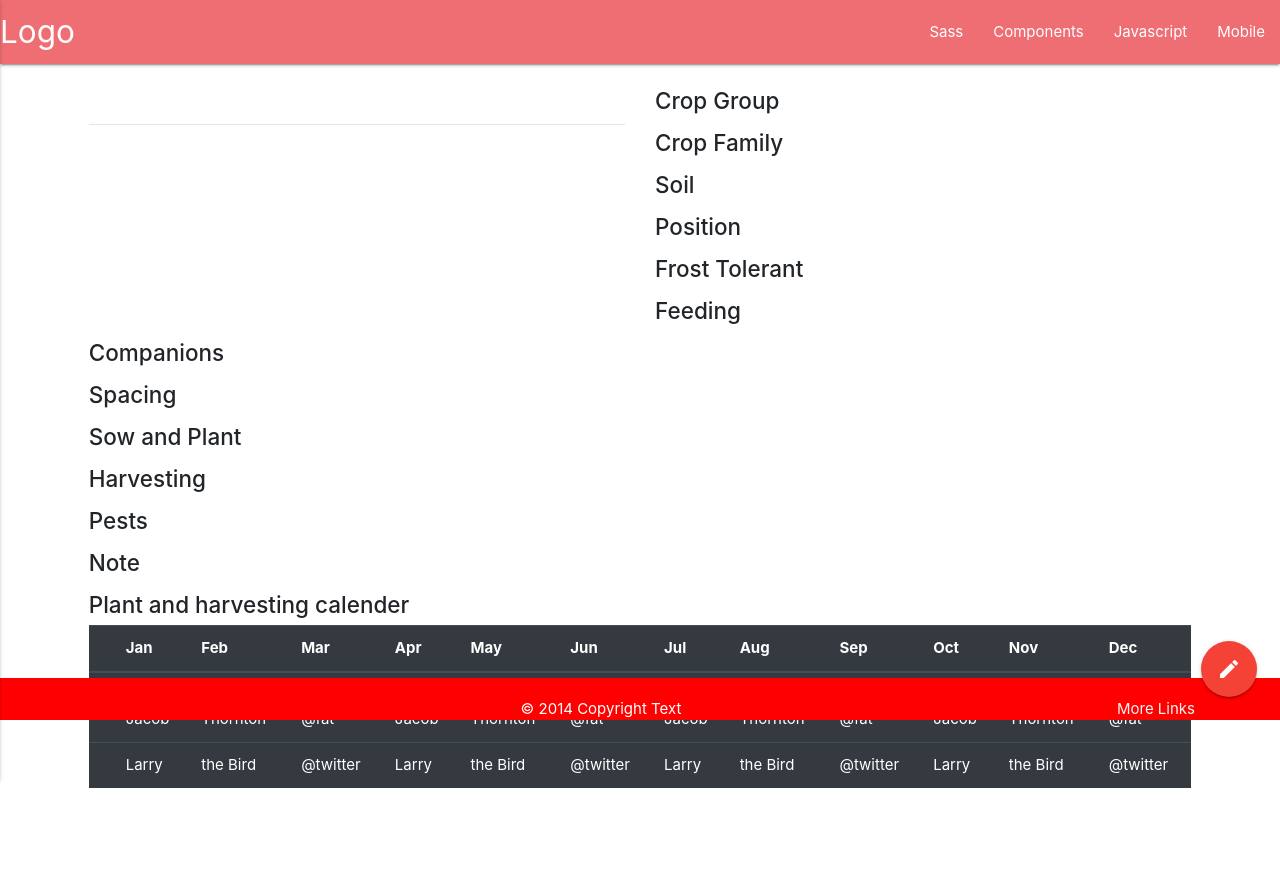
Repository: Lemoenskil/Milestone_project_3_Garden_planner
Page: templates/view_plant.html
The author's editor kept a record of every edit. The page is drawn from the files as they stood at one moment, then again after the next edit.
The browser window is 1280 px wide. The pictures show the whole page.
Some web libraries are served in a nearby version. The page is served by the project's application, run on Flask 3 (app.py). The template is opened directly, without the code that normally fills it, so the values that code supplies are empty.

Above is the page before.
Console error: TypeError: $(...).floatingActionButton is not a function

### templates/view_plant.html
{% extends "base.html" %}

{% block content %}
    <h1>{{plant.plant_name }}</h1>

    <div class="row pt-3">
        <div class="col-lg-6">
            <img class="card-img-top border-right" src="{{plant.picture_link}}" alt="">
            <hr>

        </div>

        <div class="col-lg-6">
            <h4>Crop Group</h4>
            <p></p>{{plant.crop_group}}</p>
            <h4>Crop Family</h4>
            <p>{{plant.crop_family}}</p>
            <h4>Soil</h4>
            <p>{{plant.soil}}</p>
            <h4>Position</h4>
            <p>{{plant.position}}</p>
            <h4>Frost Tolerant</h4>
            <p>{{plant.frost_tolerant}}</p>
            <h4>Feeding</h4>
            <p>{{plant.feeding}}</p>
        </div>


        <div class="col-lg-12 card-sm">
            <h4>Companions</h4>
            <p>{{plant.companions}}</p>
            <h4>Spacing</h4>
            <p>{{plant.spacing}}</p>
            <h4>Sow and Plant</h4>
            <p>{{plant.Sow_and_Plant}}</p>
            <h4>Harvesting</h4>
            <p>{{plant.Harvesting}}</p>
            <h4>Pests</h4>
            <p>{{plant.Pests}}</p>
            <h4>Note</h4>
            <p>{{plant.Note}}</p>

            <table class="table table-dark ">
                <h4> Plant and harvesting calender</h4>
                <thead>
                    <tr>
                        <th scope="col"></th>
                        <th scope="col">Jan</th>
                        <th scope="col">Feb</th>
                        <th scope="col">Mar</th>
                        <th scope="col">Apr</th>
                        <th scope="col">May</th>
                        <th scope="col">Jun</th>
                        <th scope="col">Jul</th>
                        <th scope="col">Aug</th>
                        <th scope="col">Sep</th>
                        <th scope="col">Oct</th>
                        <th scope="col">Nov</th>
                        <th scope="col">Dec</th>
                    </tr>
                </thead>
                <tbody>
                    <tr>
                        <th scope="row">{{plant.description_cal_outside}}</th>
                        {% for month in range(1, 13) %}
                            {% if month in plant.value_sowing_under_glass %}
                                <td class = "outside-seeding"></td>
                            {% else %}
                                <td></td>
                            {% endif %}
                        {% endfor %}
                    </tr>
                    <tr>
                        <th scope="row">{{plant.description_cal_harvest}}</th>
                        <td>Jacob</td>
                        <td>Thornton</td>
                        <td>@fat</td>
                        <td>Jacob</td>
                        <td>Thornton</td>
                        <td>@fat</td>
                        <td>Jacob</td>
                        <td>Thornton</td>
                        <td>@fat</td>
                        <td>Jacob</td>
                        <td>Thornton</td>
                        <td>@fat</td>
                    </tr>
                    <tr>
                        <th scope="row">{{plant.description_cal_sowing_under_glass}}</th>
                        <td>Larry</td>
                        <td>the Bird</td>
                        <td>@twitter</td>
                        <td>Larry</td>
                        <td>the Bird</td>
                        <td>@twitter</td>
                        <td>Larry</td>
                        <td>the Bird</td>
                        <td>@twitter</td>
                        <td>Larry</td>
                        <td>the Bird</td>
                        <td>@twitter</td>
                    </tr>
                </tbody>
            </table>
        </div>

        <div class="fixed-action-btn">
              <a class="btn-floating btn-large red">
                <i class="large material-icons">mode_edit</i>
              </a>
            <ul>
                <li><a href="" class="btn-floating red"><i class="material-icons">delete_forever</i></a></li>
                <li><a href="{{url_for('update_plant', plant_id=plant._id)}}" class="btn-floating green"><i class="material-icons">mode_edit</i></a></li>
            </ul>
        </div>


{% endblock %}

### templates/base.html
<!DOCTYPE html>
<html lang="en">
<head>
    <meta charset="UTF-8">
    <meta name="viewport" content="width=device-width, initial-scale=1.0">
    <meta http-equiv="X-UA-Compatible" content="ie=edge">
    <link href="https://fonts.googleapis.com/icon?family=Material+Icons" rel="stylesheet">
    <link rel="stylesheet" href="https://cdnjs.cloudflare.com/ajax/libs/materialize/0.100.2/css/materialize.min.css">
    <link href="https://stackpath.bootstrapcdn.com/bootstrap/4.4.1/css/bootstrap.min.css" rel="stylesheet" integrity="sha384-Vkoo8x4CGsO3+Hhxv8T/Q5PaXtkKtu6ug5TOeNV6gBiFeWPGFN9MuhOf23Q9Ifjh" crossorigin="anonymous">
    <link rel="stylesheet" href="{{url_for('static', filename='css/style.css')}}" type="text/css" />
    <title>Garden Planner</title>
</head>
<body>
    <header>
       <nav>
            <div class="nav-wrapper">
                <a href="#!" class="brand-logo">Logo</a>
                <a href="#" data-activates="mobile-demo" class="button-collapse"><i class="material-icons">menu</i></a>
                <ul class="right hide-on-med-and-down">
                    <li><a href="sass.html">Sass</a></li>
                    <li><a href="badges.html">Components</a></li>
                    <li><a href="collapsible.html">Javascript</a></li>
                    <li><a href="mobile.html">Mobile</a></li>
                </ul>
                <ul class="side-nav" id="mobile-demo">
                    <li><a href="sass.html">Sass</a></li>
                    <li><a href="badges.html">Components</a></li>
                    <li><a href="collapsible.html">Javascript</a></li>
                    <li><a href="mobile.html">Mobile</a></li>
                </ul>
            </div>
        </nav>
    </header>

    <main class="container">
        {% block content %}{% endblock %}
    </main>

    <footer class="page-footer">
        <div class="container" class="footer-copyright">
            © 2014 Copyright Text
            <a class="grey-text text-lighten-4 right" href="#!">More Links</a>
        </div>
    </footer>
    <script src="https://code.jquery.com/jquery-3.4.1.slim.min.js" integrity="sha384-J6qa4849blE2+poT4WnyKhv5vZF5SrPo0iEjwBvKU7imGFAV0wwj1yYfoRSJoZ+n" crossorigin="anonymous"></script>
    <script src="https://cdnjs.cloudflare.com/ajax/libs/jquery/3.2.1/jquery.min.js"></script>
    <script src="https://stackpath.bootstrapcdn.com/bootstrap/4.4.1/js/bootstrap.min.js"></script>
    <script src="https://cdnjs.cloudflare.com/ajax/libs/materialize/0.100.2/js/materialize.min.js"></script>
    <script src="https://maxcdn.bootstrapcdn.com/bootstrap/4.1.1/js/bootstrap.min.js"></script>
    <script type="text/javascript">
        $(document).ready(function() {
            $(".button-collapse").sideNav();
            $('.fixed-action-btn').floatingActionButton();
        });


    </script>
</body>
</html>

### app.py
import os
from flask import Flask, render_template, redirect, request, url_for
from flask_pymongo import PyMongo, DESCENDING
from bson.objectid import ObjectId


app = Flask ("----name----")
app.config["MONGO_DBNAME"] = 'garden_planner'
app.config["MONGO_URI"] = 'mongodb+srv://CP3O:iYmkh8QOgi2fhu2y@lemoenskil-4vjdx.mongodb.net/garden_planner?retryWrites=true&w=majority'

mongo = PyMongo(app)

@app.route('/')
@app.route('/plant_records')
def get_plant_record():
    plant_cards = mongo.db.plant_data.find().sort([('views', DESCENDING)]).limit(6)
    return render_template("plant_records.html", title="Home", plants=plant_cards)


@app.route('/view_plant/<plant_id>')
def view_plant(plant_id):
    """Shows full plant details"""
    mongo.db.plant_data.find_one(
        {'_id': ObjectId(plant_id)},
    )
    plant_db = mongo.db.plant_data.find_one_or_404({'_id': ObjectId(plant_id)})
    return render_template("view_plant.html", plant=plant_db)

@app.route('/update_plant/<plant_id>')
def update_plant(plant_id):
    plants =  mongo.db.plant_data.find_one({"_id": ObjectId(plant_id)})
    return render_template('update_plant.html', plant=plants)


@app.route('/edit_plant/<plant_id>', methods=["POST"])
def edit_plant(plant_id):
    plants = mongo.db.plant_data
    value_sowing_under_glass = [ month for month in range(1, 13) if f"sowing-under-glass-{month}" in request.form ]
    print(value_sowing_under_glass)
    print(request.form)
    plant_data = {
        'plant_name':request.form.get('plant_name'),
        'picture_link':request.form.get('picture_link'),
        'crop_group': request.form.get('crop_group'),
        'crop_family': request.form.get('crop_family'),
        'soil':request.form.get('soil'),
        'frost_tolerant':request.form.get('frost_tolerant'),
        'feeding':request.form.get('feeding'),
        'companions':request.form.get('companions'),
        'spacing':request.form.get('spacing'),
        'Sow_and_Plant':request.form.get('Sow_and_Plant'),
        'Harvesting':request.form.get('Harvesting'),
        'Pests':request.form.get('Pests'),
        'Note':request.form.get('Note'),
    }
    print(plant_data)
    #plants.update( {'_id': ObjectId(plant_id)}, plant_data)
    return redirect(url_for('get_plant_record'))

if __name__ == '__main__':
    app.run(host=os.environ.get('IP'),
            port=int(os.environ.get('PORT')),
            debug=True)

### static/css/style.css
.mt-5, .my-5 {
    margin: 2rem!important;
}

.card{
  width: 100%;
}

body {
  display: flex;
  min-height: 100vh;
  flex-direction: column;
}

main {
  flex: 1 0 auto;
}


.page-footer{
    position: fixed;
   left: 0;
   bottom: 0;
   width: 100%;
   background-color: red;
   color: white;
   text-align: center;
}

.card-sm{
  margin-bottom: 50px;
}

.form-control-borderless {
    border: none;
}

.form-control-borderless:hover, .form-control-borderless:active, .form-control-borderless:focus {
    border: none;
    outline: none;
    box-shadow: none;
}

.search_box{
    width: 100%;
    margin: 6%;
}
.align-items-center{
    margin: 0px!important;
}

.under-glass{
    background-color: yellow;
}
.outside-seeding {
    background-color: orange;
}

.harvest{
    background-color: green;
}
.header-edit-form{
    text-align: center;
}

After the next edit:
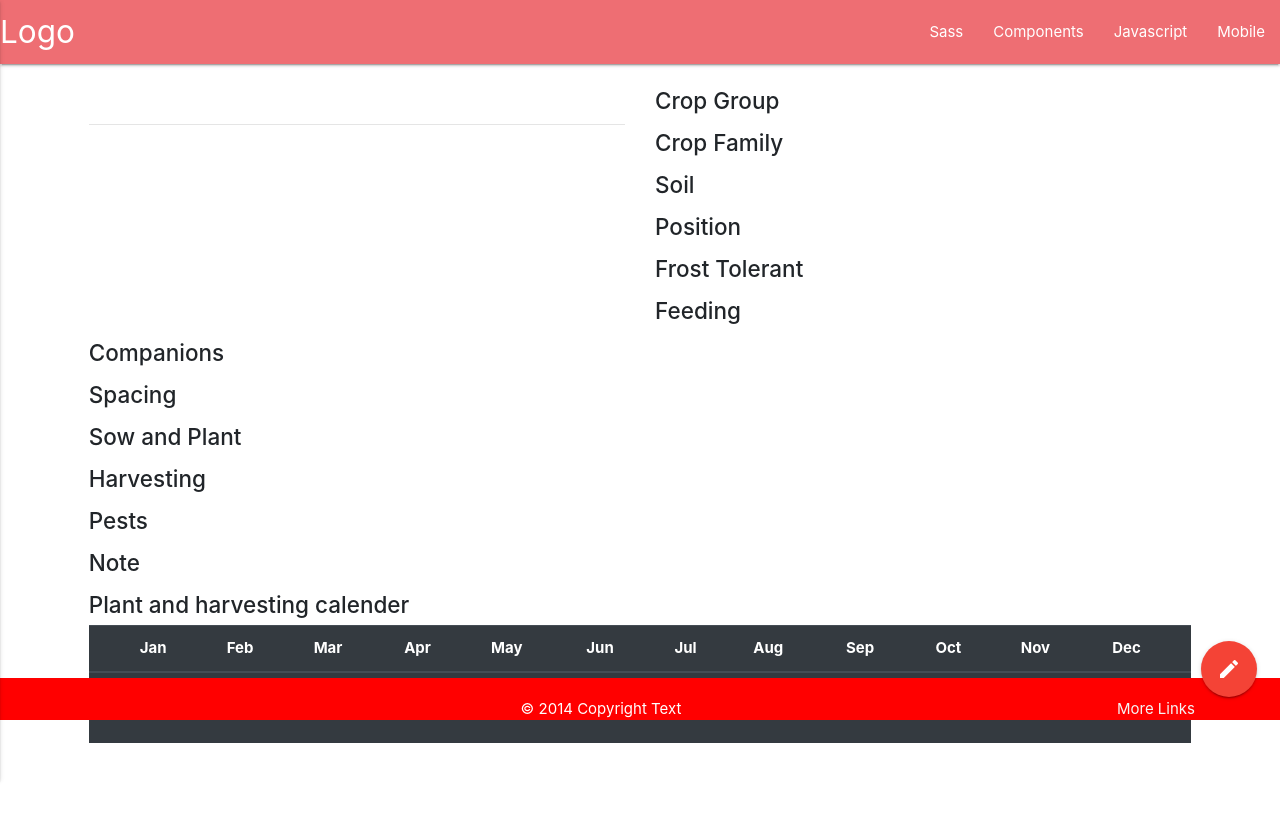
The edit:
--- a/templates/view_plant.html
+++ b/templates/view_plant.html
@@ -72,33 +72,23 @@
                     </tr>
                     <tr>
                         <th scope="row">{{plant.description_cal_harvest}}</th>
-                        <td>Jacob</td>
-                        <td>Thornton</td>
-                        <td>@fat</td>
-                        <td>Jacob</td>
-                        <td>Thornton</td>
-                        <td>@fat</td>
-                        <td>Jacob</td>
-                        <td>Thornton</td>
-                        <td>@fat</td>
-                        <td>Jacob</td>
-                        <td>Thornton</td>
-                        <td>@fat</td>
+                        {% for month in range(1, 13) %}
+                            {% if month in plant.value_sowing_under_glass %}
+                                <td class = "outside-seeding"></td>
+                            {% else %}
+                                <td></td>
+                            {% endif %}
+                        {% endfor %}
                     </tr>
                     <tr>
                         <th scope="row">{{plant.description_cal_sowing_under_glass}}</th>
-                        <td>Larry</td>
-                        <td>the Bird</td>
-                        <td>@twitter</td>
-                        <td>Larry</td>
-                        <td>the Bird</td>
-                        <td>@twitter</td>
-                        <td>Larry</td>
-                        <td>the Bird</td>
-                        <td>@twitter</td>
-                        <td>Larry</td>
-                        <td>the Bird</td>
-                        <td>@twitter</td>
+                        {% for month in range(1, 13) %}
+                            {% if month in plant.value_sowing_under_glass %}
+                                <td class = "outside-seeding"></td>
+                            {% else %}
+                                <td></td>
+                            {% endif %}
+                        {% endfor %}
                     </tr>
                 </tbody>
             </table>
